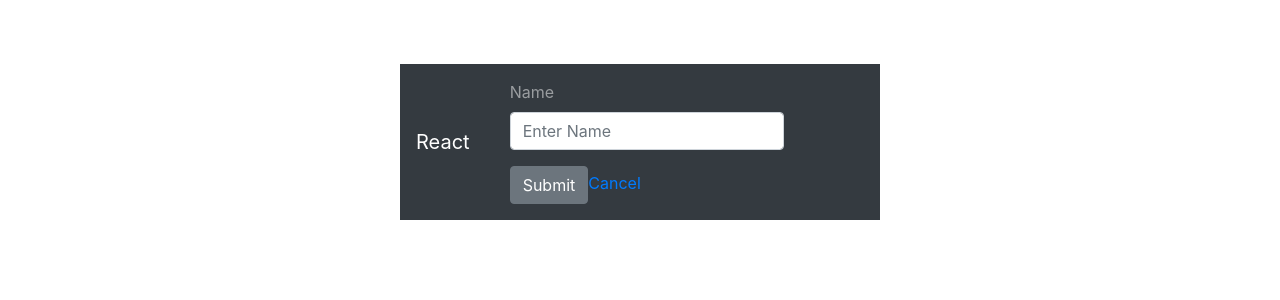
Repository: Abdaljawad-Aya/interview-task
Page: /add (app in javascriptArray/test/)
An editor plug-in stored every save of this project. The page is shown before and after the next save, followed by the edit.
The browser window is 1280 px wide. The pictures show the whole page.
Some web libraries are served in a nearby version. The project was rebuilt for these pictures with package versions that can differ from the ones it lists, and the page was loaded fresh each time. Also part of the build but not shown: javascriptArray/test/src/compnents/Home.js, javascriptArray/test/src/compnents/EditUser.js. Imported but missing from the stored project, and not drawn on this page: javascriptArray/test/src/compnents/Heading, javascriptArray/test/src/compnents/UserList, javascriptArray/test/src/context/GlobalState.

Above is the page before, as saved 2021-03-10 16:06:35.

### javascriptArray/test/public/index.html
<!DOCTYPE html>
<html lang="en">
  <head>
    <meta charset="utf-8" />
    <link rel="icon" href="%PUBLIC_URL%/favicon.ico" />
    <meta name="viewport" content="width=device-width, initial-scale=1" />
    <meta name="theme-color" content="#000000" />
    <meta
      name="description"
      content="Web site created using create-react-app"
    />
    <link rel="apple-touch-icon" href="%PUBLIC_URL%/logo192.png" />
    <!--
      manifest.json provides metadata used when your web app is installed on a
      user's mobile device or desktop. See https://developers.google.com/web/fundamentals/web-app-manifest/
    -->
    <link rel="manifest" href="%PUBLIC_URL%/manifest.json" />
    <!--
      Notice the use of %PUBLIC_URL% in the tags above.
      It will be replaced with the URL of the `public` folder during the build.
      Only files inside the `public` folder can be referenced from the HTML.

      Unlike "/favicon.ico" or "favicon.ico", "%PUBLIC_URL%/favicon.ico" will
      work correctly both with client-side routing and a non-root public URL.
      Learn how to configure a non-root public URL by running `npm run build`.
    -->

   <link rel="stylesheet" href="https://maxcdn.bootstrapcdn.com/bootstrap/4.0.0/css/bootstrap.min.css" integrity="sha384-Gn5384xqQ1aoWXA+058RXPxPg6fy4IWvTNh0E263XmFcJlSAwiGgFAW/dAiS6JXm" crossorigin="anonymous">
    <title>React App</title>
  </head>
  <body>
    <noscript>You need to enable JavaScript to run this app.</noscript>
    <div id="root"></div>
    <!--
      This HTML file is a template.
      If you open it directly in the browser, you will see an empty page.

      You can add webfonts, meta tags, or analytics to this file.
      The build step will place the bundled scripts into the <body> tag.

      To begin the development, run `npm start` or `yarn start`.
      To create a production bundle, use `npm run build` or `yarn build`.
    -->
      <script src="https://code.jquery.com/jquery-3.2.1.slim.min.js" integrity="sha384-KJ3o2DKtIkvYIK3UENzmM7KCkRr/rE9/Qpg6aAZGJwFDMVNA/GpGFF93hXpG5KkN" crossorigin="anonymous"></script>
    <script src="https://cdnjs.cloudflare.com/ajax/libs/popper.js/1.12.9/umd/popper.min.js" integrity="sha384-ApNbgh9B+Y1QKtv3Rn7W3mgPxhU9K/ScQsAP7hUibX39j7fakFPskvXusvfa0b4Q" crossorigin="anonymous"></script>
    <script src="https://maxcdn.bootstrapcdn.com/bootstrap/4.0.0/js/bootstrap.min.js" integrity="sha384-JZR6Spejh4U02d8jOt6vLEHfe/JQGiRRSQQxSfFWpi1MquVdAyjUar5+76PVCmYl" crossorigin="anonymous"></script>
  </body>
</html>

### javascriptArray/test/src/index.js
import React from 'react'
import ReactDOM from 'react-dom'
import App from './App'
// import { BrowserRouter as Router } from 'react-router-dom'

ReactDOM.render(
  <React.StrictMode>
    {/* <Router> */}
    <App />
    {/* </Router> */}
  </React.StrictMode>,
  document.getElementById('root'),
)

### javascriptArray/test/src/App.js
import React from 'react'
import { BrowserRouter as Router, Switch, Route } from 'react-router-dom'
import { Home } from './compnents/Home'
import { AddUser } from './compnents/AddUser'
import { EditUser } from './compnents/EditUser'

import 'bootstrap/dist/css/bootstrap.min.css'

function App() {
  return (
    <div className="App" style={{ maxWidth: '30rem', margin: '4rem auto' }}>
      <Router>
        <Switch>
          <nav class="navbar navbar-expand-lg navbar-dark bg-dark">
            <a class="navbar-brand" href="#">
              React
            </a>
            <button
              class="navbar-toggler"
              type="button"
              data-toggle="collapse"
              data-target="#navbarNavAltMarkup"
              aria-controls="navbarNavAltMarkup"
              aria-expanded="false"
              aria-label="Toggle navigation"
            >
              <span class="navbar-toggler-icon"></span>
            </button>
            <div class="collapse navbar-collapse" id="navbarNavAltMarkup">
              <div class="navbar-nav">
                <a class="nav-item nav-link active" href="#">
                  <Route exact path="/" component={Home} />
                  {/* <span class="sr-only">(current)</span> */}
                </a>
                <a class="nav-link" href="#">
                  <Route path="/add" component={AddUser} />
                </a>
                <a class="nav-link" href="#">
                  <Route path="/edit/:id" component={EditUser} />
                </a>
              </div>
            </div>
          </nav>
        </Switch>
      </Router>
    </div>
  )
}

export default App

### javascriptArray/test/src/compnents/AddUser.js
import React from 'react'
import { Link } from 'react-router-dom'
import { Form, FormGroup, Label, Input, Button } from 'reactstrap'
export const AddUser = () => {
  return (
    <Form>
      <FormGroup>
        <Label>Name</Label>
        <Input type="text" placeholder="Enter Name"></Input>
      </FormGroup>
      <Button type="submit">Submit</Button>
      <Link to="/" classNamebtn btn-danger>
        Cancel
      </Link>
    </Form>
  )
}

After the next save:
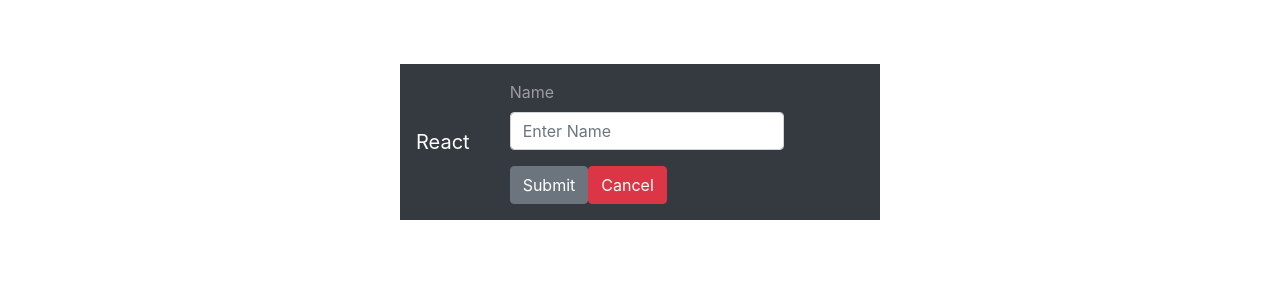
Saved 7 s later.
--- a/javascriptArray/test/src/compnents/AddUser.js
+++ b/javascriptArray/test/src/compnents/AddUser.js
@@ -9,7 +9,7 @@ export const AddUser = () => {
         <Input type="text" placeholder="Enter Name"></Input>
       </FormGroup>
       <Button type="submit">Submit</Button>
-      <Link to="/" classNamebtn btn-danger>
+      <Link to="/" className="btn btn-danger">
         Cancel
       </Link>
     </Form>
